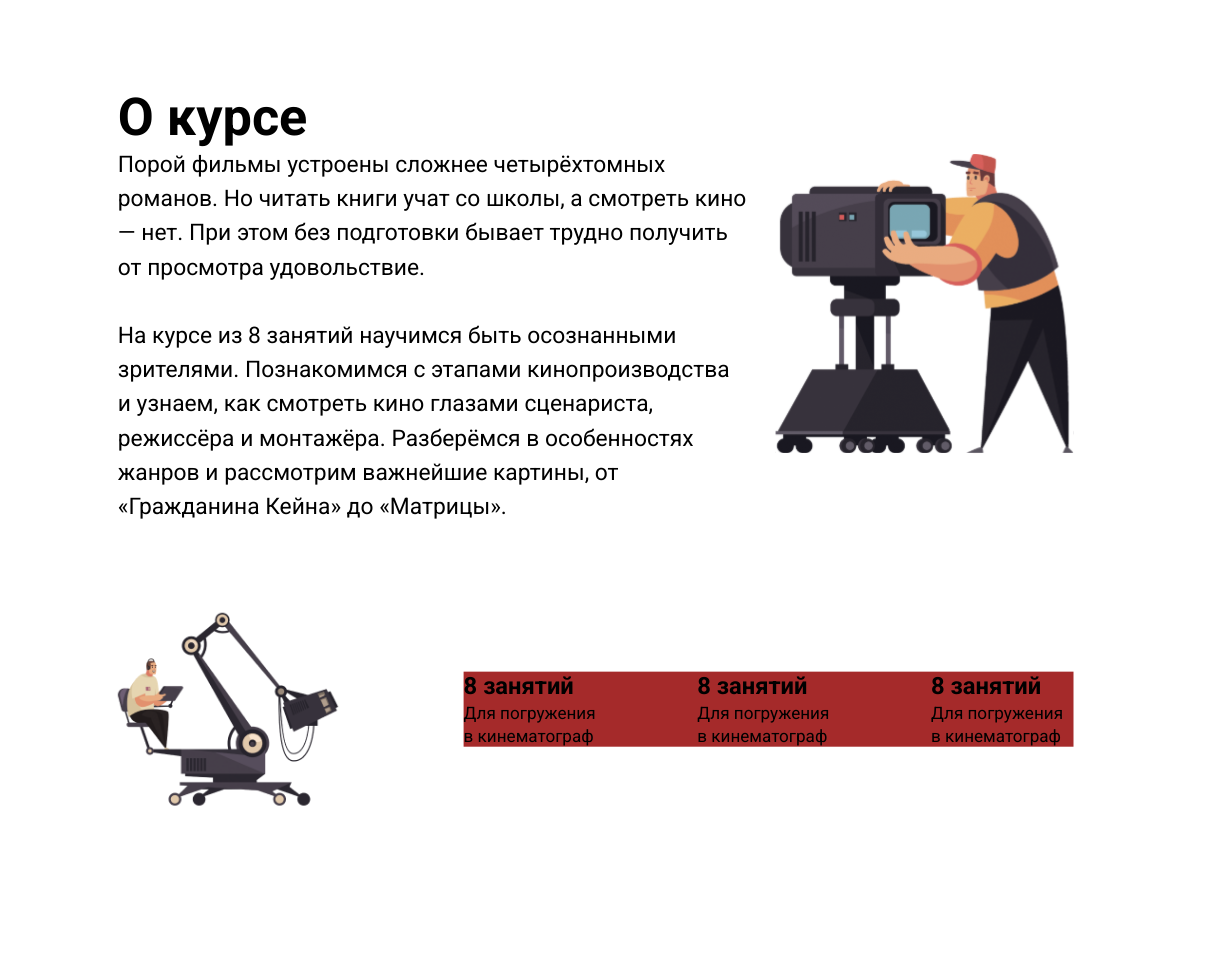
Repository: AytacSafarova/task-figma--1
Page: index.html
The author's editor kept a copy of each file at every save. The page is drawn from the files as they stood at one save, then again after the next save.
The browser window is 1280 px wide. The pictures show the whole page, at 95% of full size.

Above is the page before, as saved 2023-04-29 20:46:16.

### index.html
<!DOCTYPE html>
<html lang="en">

<head>
  <meta charset="UTF-8" />
  <meta http-equiv="X-UA-Compatible" content="IE=edge" />
  <meta name="viewport" content="width=device-width, initial-scale=1.0" />
  <title>Document</title>
  <link rel="stylesheet" href="/index.css" />
</head>

<body>
  <div class="container">
    <div class="row up">
      <div class="col left">
        <h1>О курсе</h1>
        <p>
          Порой фильмы устроены сложнее четырёхтомных романов. Но читать
          книги учат со школы, а смотреть кино — нет. При этом без
          подготовки бывает трудно получить от просмотра удовольствие.
        </p>
        <br><br>
        <p>
          На курсе из 8 занятий научимся быть осознанными зрителями.
          Познакомимся с этапами кинопроизводства и узнаем, как смотреть
          кино глазами сценариста, режиссёра и монтажёра. Разберёмся в
          особенностях жанров и рассмотрим важнейшие картины, от
          «Гражданина Кейна» до «Матрицы».
        </p>
      </div>
      <div class="col right">
        <svg width="314" height="315" viewBox="0 0 314 315" fill="none" xmlns="http://www.w3.org/2000/svg"
          xmlns:xlink="http://www.w3.org/1999/xlink">
          <rect width="314" height="315" fill="url(#pattern0)" />
          <defs>
            <pattern id="pattern0" patternContentUnits="objectBoundingBox" width="1" height="1">
              <use xlink:href="#image0_1_51" transform="matrix(0.00186916 0 0 0.00186323 0 -0.000275923)" />
            </pattern>
            <image id="image0_1_51" width="535" height="537"
              xlink:href="data:[embedded picture, 160582 characters]" />
          </defs>
        </svg>
      </div>
    </div>

    <div class="down">
      <img src="/images/photo 1.png" alt="" />
      <ul class="list">
        <li>
          <h5>8 занятий</h5>
          <p>Для погружения в кинематограф</p>
        </li>

        <li>
          <h5>8 занятий</h5>
          <p>Для погружения в кинематограф</p>
        </li>

        <li>
          <h5>8 занятий</h5>
          <p>Для погружения в кинематограф</p>
        </li>
      </ul>
    </div>
  </div>
</body>

</html>

### index.css
@import url("https://fonts.googleapis.com/css2?family=Roboto+Slab:wght@700&family=Roboto:wght@400;500;700&display=swap");
* {
  margin: 0;
  padding: 0;
}
.container {
  padding: 91px 150px 173px 124px;
}

.row {
  display: flex;
  justify-content: space-between;
  align-items: center;
}

.left {
  width: 662px;
}
 .left h1 {
  font-size: 55px;
  font-family: "Roboto", sans-serif;
  font-weight: 700;
  margin-bottom: 0px;
}
.left p {
  font-family: "Roboto";
  font-style: normal;
  font-weight: 400;
  font-size: 24px;
  line-height: 150%;
}



.down {
  display: flex;
  align-items: center;
  justify-content: space-between;
  margin-top: 94px;
}



ul {
    margin-left: 132px;
  display: flex;
  justify-content: space-between;
  background-color: brown;
  width: 100%;
}

li {
  width: 150px;
  list-style-type: none;
}
li p{
    font-family: 'Roboto';
font-style: normal;
font-weight: 400;
font-size: 18px;
line-height: 130%;
}
li h5{
    font-family: 'Roboto';
font-style: normal;
font-weight: 700;
font-size: 25px;
line-height: 130%;
}
.down img{
    width: 232px;
    height: 203px;
}


@media screen and (max-width: 1024px) {
  /* tablet media  */
  .container {
    padding: 56px 86px 180px 72px;
  }
.left h1{
    font-size: 32px;
    margin-bottom: 32px;
}
.left{
    width: 382px;
}
.left p{
    font-size: 14px;
}
.right svg {
    width: 182px;
    height: 182px;
}

}
@media screen and (max-width: 768px) {
  /* mobile media  */
}

After the next save:
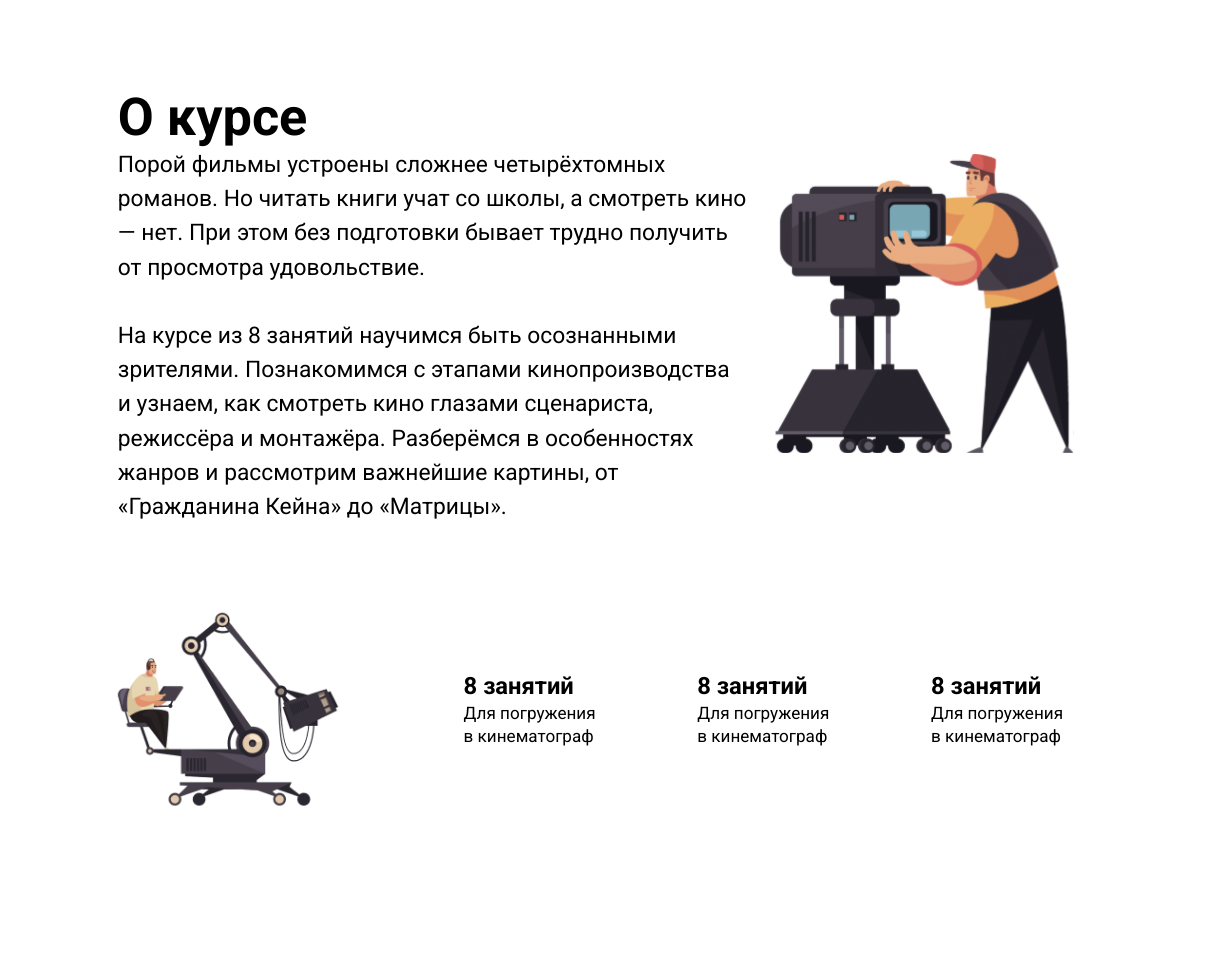
Saved 11 s later.
--- a/index.css
+++ b/index.css
@@ -45,7 +45,6 @@ ul {
     margin-left: 132px;
   display: flex;
   justify-content: space-between;
-  background-color: brown;
   width: 100%;
 }
 
